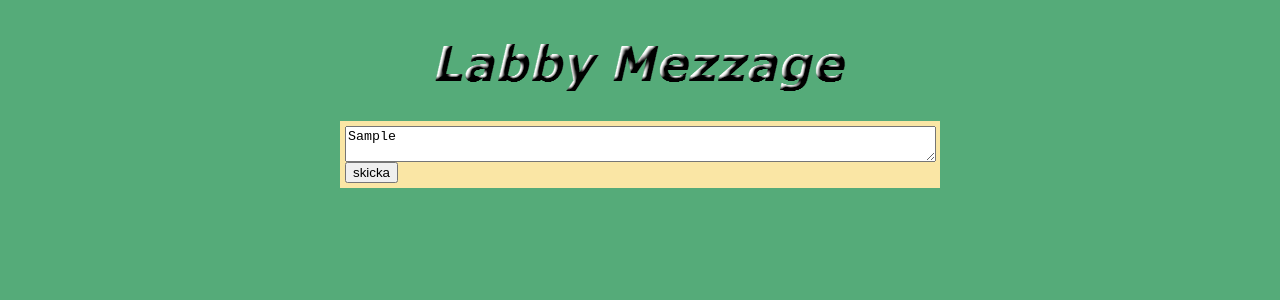
Repository: jc222fi/1dv403-laborationer
Page: 2-labbymezzage/index.html
The author's editor kept a record of every edit. The page is drawn from the files as they stood at one moment, then again after the next edit.
The browser window is 1280 px wide. The pictures show the whole page.
Empty fields were first filled with sample values (such as "Sample", 5 or name@example.com).
After loading, the first visible `#skickaknapp` was clicked once.

Above is the page before.

### 2-labbymezzage/index.html
<!doctype html>
<html>
    <head>
    	<meta charset="UTF-8" />
     	<title>Labby Mezzage</title>
     	<link rel="stylesheet" href="style.css" />
    </head>
    <body>
        <div class="container">
            <div class="header">
                <h1> </h1>
            </div>
            <div class="content">
                <div id="messages"></div>
                <textarea id="textruta"></textarea>
                <button id="skickaknapp">skicka</button>
            </div>
        </div>
        <script src="Message.js"></script>
        <script src="MessageBoard.js"></script>
    </body>
</html>

### 2-labbymezzage/style.css
/*Layout*/
.container{
    width:600px;
	margin:0 auto;
}
.header{
    height:100px;
}
.content{
    padding:5px;
}
textarea{
    display:block;
    width:585px;
}
/*
Background body:      #55ab79
Background container: #55ab79
Background content:   #fae6a5
*/
body, .container{
    background-color:#55ab79;
}
.content{
    background-color:#fae6a5;
}
.header{
    color:#55ab79;
    background-image:url("pics/LabbyMezzage.png");
	background-position:center;
	background-repeat:no-repeat;
}

### 2-labbymezzage/Message.js
"use strict";

function Message(message, date){

    this.getText = function(){return message;};
    this.setText = function(_text){message = _text;};

    this.getDate = function(){return date;};
    this.setDate = function(_date){date = _date};

}

Message.prototype.toString = function(){
    return this.getText()+" ("+this.getDate()+")";
};

Message.prototype.getHTMLText = function(){

};

Message.prototype.getDateText = function(){
    return this.date.toLocaleString();
};

### 2-labbymezzage/MessageBoard.js
"use strict";
"use strict";

var MessageBoard = {

    messages: [],
    init: function(){
        var send = document.getElementById("skickaknapp");

        send.onclick = MessageBoard.addMessage;
    },

    addMessage: function(){
        var textArea = document.getElementById("textruta");
        var mess = new Message(textArea.value, new Date()).toString;

        MessageBoard.messages += MessageBoard.messages.push(mess);
        alert(MessageBoard.messages);
    }

};


window.onload = MessageBoard.init;

After the next edit:
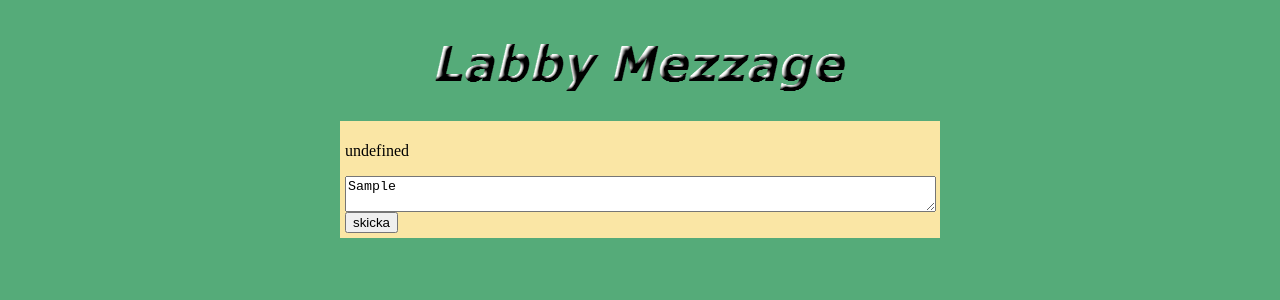
The edit:
--- a/2-labbymezzage/MessageBoard.js
+++ b/2-labbymezzage/MessageBoard.js
@@ -1,10 +1,10 @@
-"use strict";
 "use strict";
 
 var MessageBoard = {
 
     messages: [],
     init: function(){
+
         var send = document.getElementById("skickaknapp");
 
         send.onclick = MessageBoard.addMessage;
@@ -12,10 +12,31 @@
 
     addMessage: function(){
         var textArea = document.getElementById("textruta");
-        var mess = new Message(textArea.value, new Date()).toString;
+        var allMessages = MessageBoard.messages;
+        var mess = new Message(textArea.value, new Date());
 
-        MessageBoard.messages += MessageBoard.messages.push(mess);
-        alert(MessageBoard.messages);
+        allMessages += MessageBoard.messages.push(mess);
+        console.log(allMessages);
+        MessageBoard.renderMessages();
+    },
+
+    renderMessage: function(messageID){
+        var messageDiv = document.getElementById("messages");
+        var div = document.createElement("div");
+        var text = document.createElement("p");
+        text.innerHTML = MessageBoard.messages[messageID].getHTMLText();
+        div.appendChild(text);
+        console.log(messageDiv);
+        messageDiv.appendChild(div);
+
+    },
+
+    renderMessages: function(){
+        document.getElementById("messages").innerHTML = "";
+        var i;
+        for(i = 0; i<MessageBoard.messages.length; i++){
+            MessageBoard.renderMessage(i);
+        }
     }
 
 };
